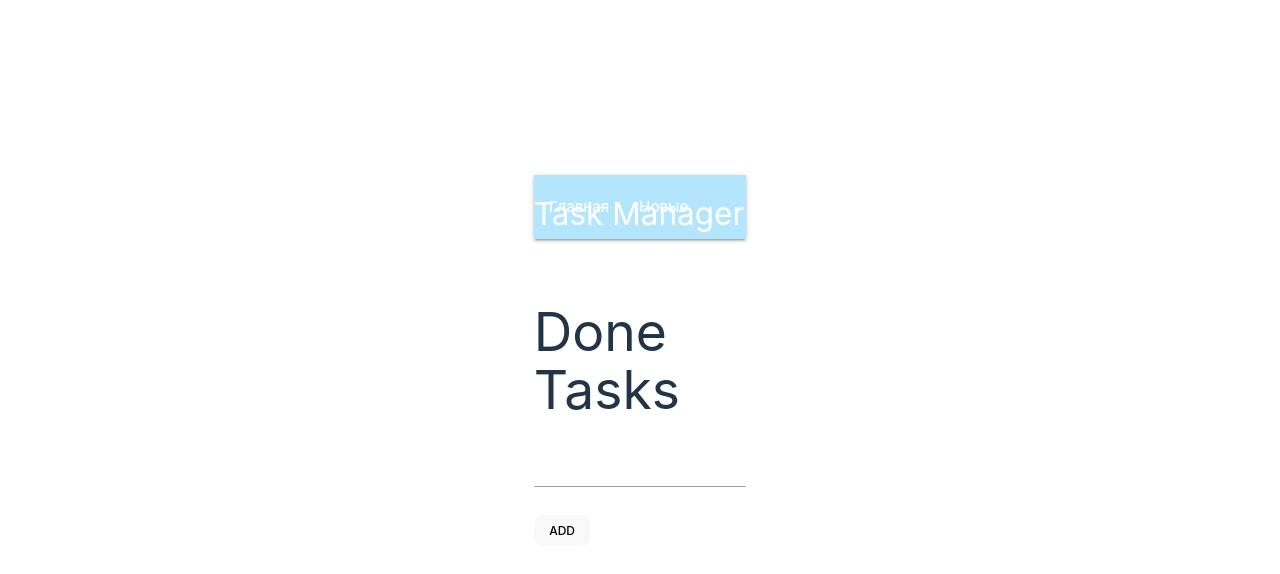
Repository: iveivs/myReactTaskManager
Page: /done
These files come from the project's save history. The page is drawn as it stood at one moment and after the next save; the edit follows.
The browser window is 1280 px wide. The pictures show the whole page.
The project was rebuilt for these pictures with package versions that can differ from the ones it lists, and the page was loaded fresh each time. Also part of the build but not shown: vite.config.js, src/components/MainPage.jsx, src/components/NewTasks.jsx.

Above is the page before, as saved 2024-02-12 08:31:36.

### index.html
<!doctype html>
<html lang="en">
  <head>
    <meta charset="UTF-8" />
    <link rel="icon" type="image/svg+xml" href="/vite.svg" />
    <meta name="viewport" content="width=device-width, initial-scale=1.0" />
    <link rel="stylesheet" href="https://cdnjs.cloudflare.com/ajax/libs/materialize/1.0.0/css/materialize.min.css">
    <link href="https://fonts.googleapis.com/icon?family=Material+Icons" rel="stylesheet">
    <title>Task Manager</title>
  </head>
  <body>
    <div id="root"></div>
    <script type="module" src="/src/main.jsx"></script>
  </body>
</html>

### src/main.jsx
import React from 'react'
import ReactDOM from 'react-dom/client'
import { BrowserRouter } from 'react-router-dom';
import App from './App.jsx'
import './index.css'

ReactDOM.createRoot(document.getElementById('root')).render(
  <BrowserRouter>
    <App />
  </BrowserRouter>,
)

### src/App.jsx
import { useState } from 'react'
import { Routes, Route } from 'react-router-dom'
import './App.css'
import DoneTasks from './components/DoneTasks'
import Header from './components/Header'
import MainPage from './components/MainPage'
import NewTasks from './components/NewTasks'

function App() {
  const [input, setInput] = useState('')
  const [tasks, setTasks] = useState([])

  const handleChance = (event) => {
    setInput(event.target.value)
    console.log('target',event.target.value);
    console.log('input',input);
  }

  const handleClick = () => {
    setTasks([...tasks, input])
    console.log('click');
    console.log(tasks);
    setInput('')
  }

  return (
    <>
      <div className="container">
        <Header  />
        <Routes>
          <Route index element={<MainPage />} />
          <Route path="/new" element={<NewTasks />} />
          <Route path="/done" element={<DoneTasks  />} />
        </Routes>
        <input className='inputMain' value={input} onChange={(e) => handleChance(e)} type="text" />
        <br />
        <button onClick={handleClick}>ADD</button>
        { input && <h4>{input}</h4> }
        { tasks && (
          tasks.map(e => <p key={e}>task: {e}</p>)
        )}
      </div>

    </>
  )
}

export default App

### src/index.css
:root {
  font-family: Inter, system-ui, Avenir, Helvetica, Arial, sans-serif;
  line-height: 1.5;
  font-weight: 400;

  color-scheme: light dark;
  color: rgba(255, 255, 255, 0.87);
  background-color: #242424;

  font-synthesis: none;
  text-rendering: optimizeLegibility;
  -webkit-font-smoothing: antialiased;
  -moz-osx-font-smoothing: grayscale;
}

a {
  font-weight: 500;
  color: #646cff;
  text-decoration: inherit;
}
a:hover {
  color: #535bf2;
}

body {
  margin: 0;
  display: flex;
  place-items: center;
  min-width: 420px;
  min-height: 100vh;
}

h1 {
  font-size: 3.2em;
  line-height: 1.1;
}

button {
  border-radius: 8px;
  border: 1px solid transparent;
  padding: 0.6em 1.2em;
  font-size: 0.8em;
  font-weight: 500;
  font-family: inherit;
  background-color: #1a1a1a;
  cursor: pointer;
  transition: border-color 0.25s;
  margin-top: 20px;
}
button:hover {
  border-color: #646cff;
}
button:focus,
button:focus-visible {
  outline: 4px auto -webkit-focus-ring-color;
}

@media (prefers-color-scheme: light) {
  :root {
    color: #213547;
    background-color: #ffffff;
  }
  a:hover {
    color: #747bff;
  }
  button {
    background-color: #f9f9f9;
  }
}

### src/App.css
#root {
  max-width: 1280px;
  margin: 0 auto;
  padding: 2rem;

}

### src/components/DoneTasks.jsx
export default function DoneTasks () {
    return (
        <div>
            <h2>Done Tasks</h2>
        </div>
    )
}

### src/components/Header.jsx
import { Link } from "react-router-dom";

export default function Header() {
    return (
        <nav className="light-blue lighten-4">
            <div className="nav-wrapper">
                <h4 className="brand-logo">
                    Task Manager
                </h4>
                <ul id="nav-mobile" className="right hide-on-med-and-down">
                    <li>
                        <Link to="/">Главная</Link>
                    </li>
                    <li>
                        <Link to="/new">Новые</Link>
                    </li>
                    <li>
                        <Link to="/done">Завершённые</Link>
                    </li>
                </ul>
            </div>
        </nav>
    );
}

After the next save:
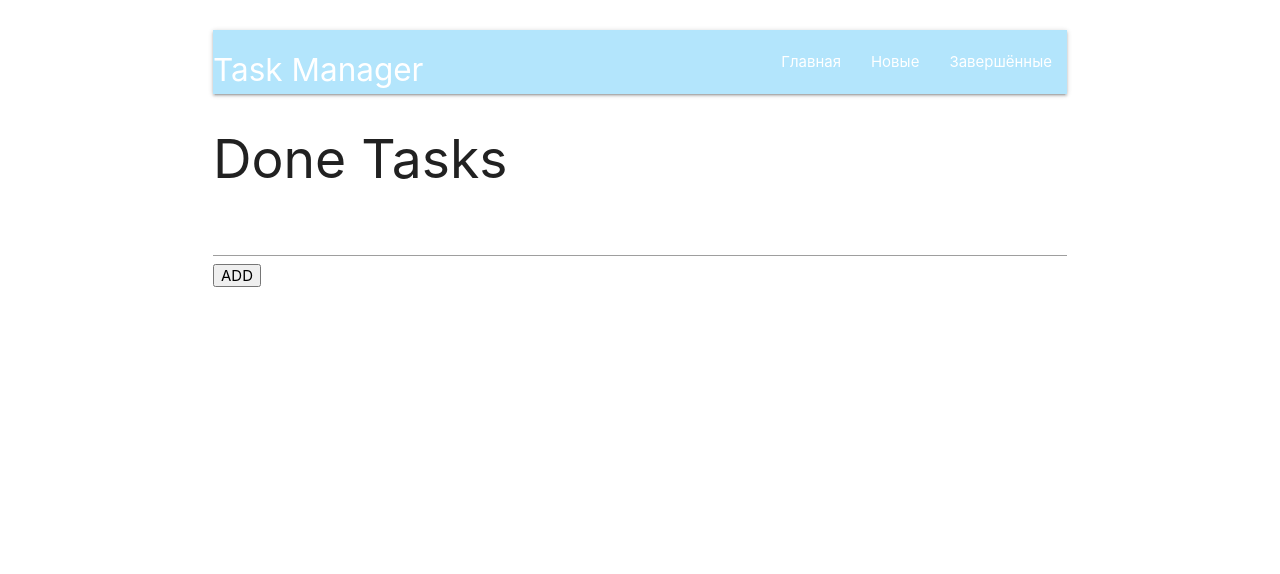
Saved 14 s later.
--- a/src/index.css
+++ b/src/index.css
@@ -1,69 +1,3 @@
-:root {
-  font-family: Inter, system-ui, Avenir, Helvetica, Arial, sans-serif;
-  line-height: 1.5;
-  font-weight: 400;
+.inputMain {
 
-  color-scheme: light dark;
-  color: rgba(255, 255, 255, 0.87);
-  background-color: #242424;
-
-  font-synthesis: none;
-  text-rendering: optimizeLegibility;
-  -webkit-font-smoothing: antialiased;
-  -moz-osx-font-smoothing: grayscale;
 }
-
-a {
-  font-weight: 500;
-  color: #646cff;
-  text-decoration: inherit;
-}
-a:hover {
-  color: #535bf2;
-}
-
-body {
-  margin: 0;
-  display: flex;
-  place-items: center;
-  min-width: 420px;
-  min-height: 100vh;
-}
-
-h1 {
-  font-size: 3.2em;
-  line-height: 1.1;
-}
-
-button {
-  border-radius: 8px;
-  border: 1px solid transparent;
-  padding: 0.6em 1.2em;
-  font-size: 0.8em;
-  font-weight: 500;
-  font-family: inherit;
-  background-color: #1a1a1a;
-  cursor: pointer;
-  transition: border-color 0.25s;
-  margin-top: 20px;
-}
-button:hover {
-  border-color: #646cff;
-}
-button:focus,
-button:focus-visible {
-  outline: 4px auto -webkit-focus-ring-color;
-}
-
-@media (prefers-color-scheme: light) {
-  :root {
-    color: #213547;
-    background-color: #ffffff;
-  }
-  a:hover {
-    color: #747bff;
-  }
-  button {
-    background-color: #f9f9f9;
-  }
-}
